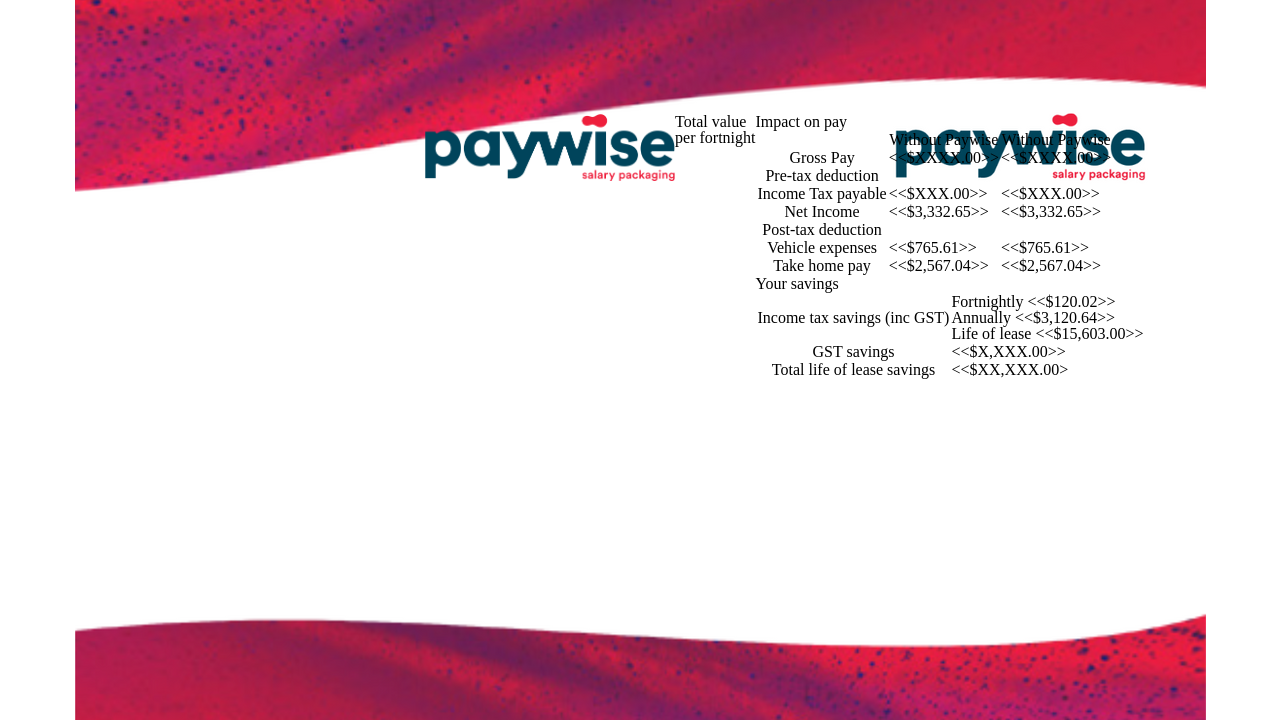
Repository: hoangtubest/novated-phong
Page: 2.html
These files come from the project's save history. The page is drawn as it stood at one moment and after the next save; the edit follows.
The browser window is 1280 px wide. The pictures show the whole page.
The style sheet was rebuilt from its Sass, Less or Tailwind sources for each picture, by a compiler version that may differ from the author's.

Above is the page before, as saved 2023-10-18 15:11:36.

After the next save:
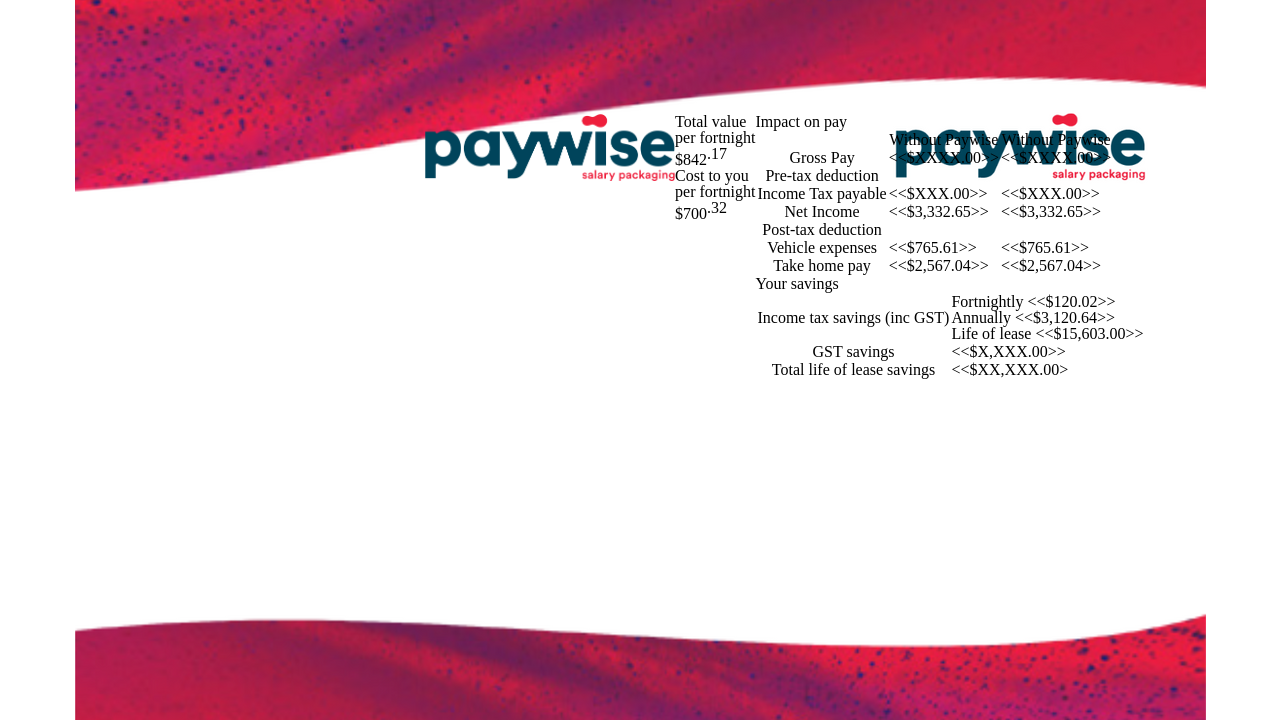
Saved 34 s later.
--- a/2.html
+++ b/2.html
@@ -22,7 +22,13 @@
                 <div class="pw-2-value-cost__col">
                   <dl>
                     <dt>Total value <br>per fortnight</dt>
-                    <dd></dd>
+                    <dd>$842<sup>.17</sup></dd>
+                  </dl>
+                </div>
+                <div class="pw-2-value-cost__col">
+                  <dl>
+                    <dt>Cost to you <br>per fortnight</dt>
+                    <dd>$700<sup>.32</sup></dd>
                   </dl>
                 </div>
               </div>
